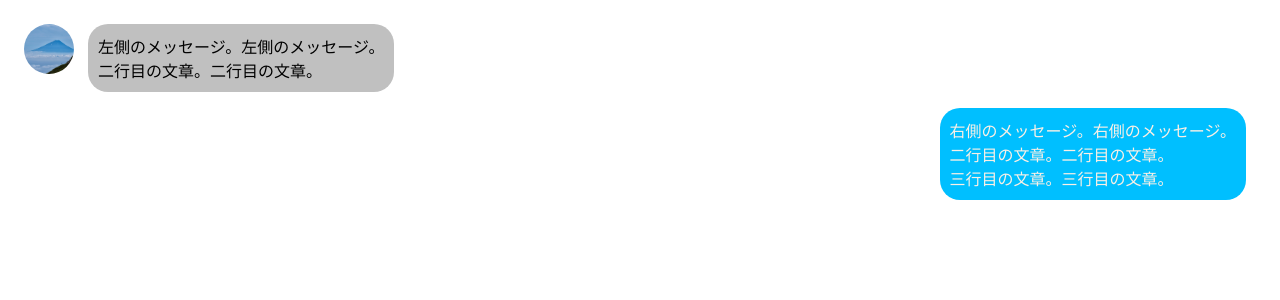
Repository: yuukiabc/samurai_PHP
Page: 0918.html
The author's editor kept a record of every edit. The page is drawn from the files as they stood at one moment, then again after the next edit.
The browser window is 1280 px wide. The pictures show the whole page.

Above is the page before.

### 0918.html
<html>
    <head>
        <meta charset="UTF-8">
        <title>sns</title>
        <link rel="stylesheet"type="text/css"href="0918.css">
    </head>
    <body>
        <div class="talk">
	<div class="talk_left">
		<p>左側のメッセージ。左側のメッセージ。<br>二行目の文章。二行目の文章。</p>
	</div>
	<div class="talk_right">
		<p>右側のメッセージ。右側のメッセージ。<br>二行目の文章。二行目の文章。<br>三行目の文章。三行目の文章。</p>
	</div>
</div>
    </body>
</html>

### 0918.css
/* 全体の枠 */
.talk {
	padding: 1em;
	overflow: auto;
}
.talk .talk_left {
	margin-right:2em;
}
/* 左のトークボックス */
.talk .talk_left:before { /* 左の丸アイコン */
	content:'';
	display:inline-block;
	width:50px;
	height:50px;
	vertical-align:top;
	border-radius:50%;
	background-size:cover;
	background-image:url(1.jpg); /* ←アイコンはここを変更 */
}

.talk .talk_left p { /* 左ふきだしの本体 */
	display:inline-block;
	position:relative;
	background-color:#c0c0c0;
	border-radius:20px;
	padding:10px;
	margin:0 0 0 10px;
}
/* 右のトークボックス */

.talk .talk_right {
	float:right; /* 右のふきだしは全体的に右寄せ */
	margin-top:1em;
	margin-left:2em;
}

.talk .talk_right p { /* 右ふきだしの本体 */
	display:inline-block;
	position:relative;
	background-color:#00bfff;
	border-radius:20px;
	padding:10px;
	margin:0 10px 0 0;
	color:#faf0e6;
}

After the next edit:
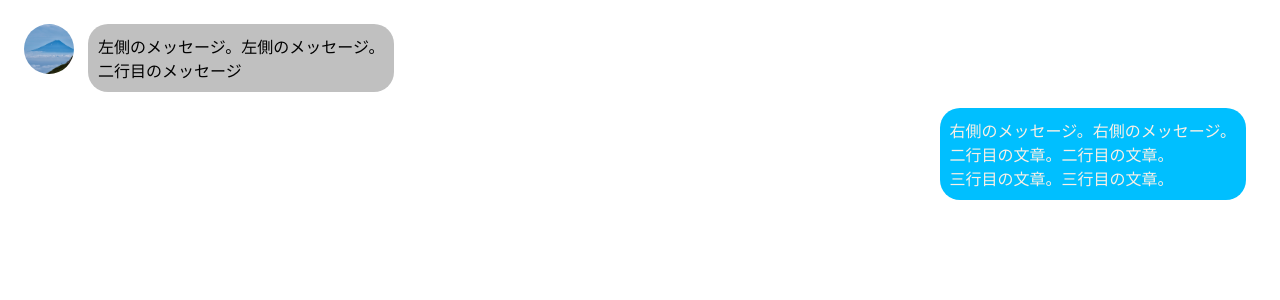
The edit:
--- a/0918.html
+++ b/0918.html
@@ -7,7 +7,7 @@
     <body>
         <div class="talk">
 	<div class="talk_left">
-		<p>左側のメッセージ。左側のメッセージ。<br>二行目の文章。二行目の文章。</p>
+		<p>左側のメッセージ。左側のメッセージ。<br>二行目のメッセージ</p>
 	</div>
 	<div class="talk_right">
 		<p>右側のメッセージ。右側のメッセージ。<br>二行目の文章。二行目の文章。<br>三行目の文章。三行目の文章。</p>
